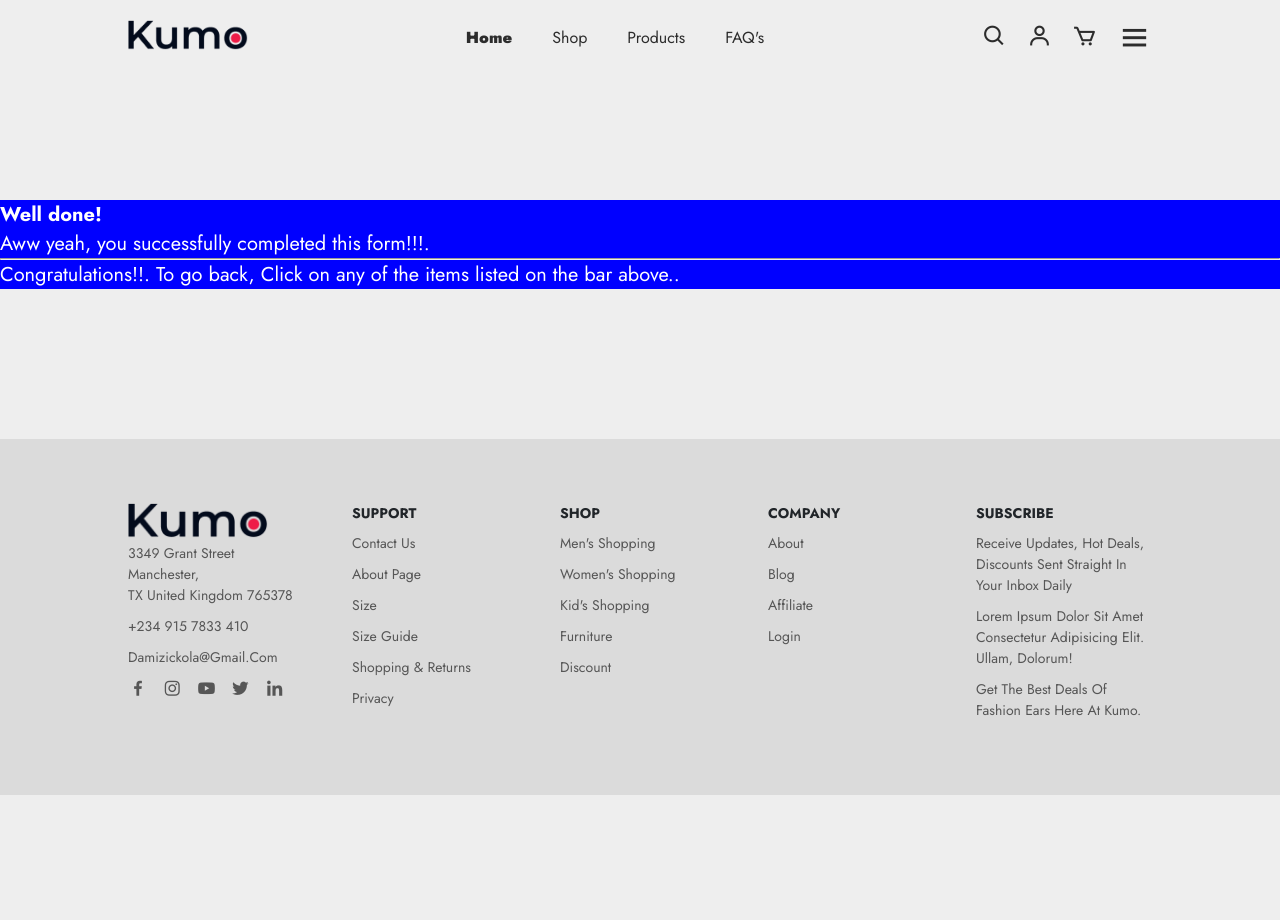
Repository: isaacCodes1/Kumo-Website.
Page: alert.html
These files come from the project's save history. The page is drawn as it stood at one moment and after a run of saves; the edit follows.
The browser window is 1280 px wide. The pictures show the whole page.

Above is the page before, as saved 2024-03-26 11:15:50.

### alert.html
<!DOCTYPE html>
<html lang="en">
  <head>
    <meta charset="UTF-8" />
    <meta name="viewport" content="width=device-width, initial-scale=1.0" />
    <link rel="stylesheet" href="style.css" />
    <link rel="preconnect" href="https://fonts.googleapis.com" />
    <link rel="preconnect" href="https://fonts.gstatic.com" crossorigin />
    <link
      href="https://fonts.googleapis.com/css2?family=Bricolage+Grotesque:opsz,wght@12..96,200..800&family=Jost:ital,wght@0,100..900;1,100..900&family=Montserrat:ital,wght@0,100..900;1,100..900&family=Poppins:ital,wght@0,100;0,200;0,300;0,400;0,500;0,600;0,700;0,800;0,900;1,100;1,200;1,300;1,400;1,500;1,600;1,700;1,800;1,900&display=swap"
      rel="stylesheet"
    />
    <link
      rel="stylesheet"
      href="https://cdnjs.cloudflare.com/ajax/libs/font-awesome/6.5.1/css/all.min.css"
      integrity="sha512-DTOQO9RWCH3ppGqcWaEA1BIZOC6xxalwEsw9c2QQeAIftl+Vegovlnee1c9QX4TctnWMn13TZye+giMm8e2LwA=="
      crossorigin="anonymous"
      referrerpolicy="no-referrer"
    />
    <link
      rel="stylesheet"
      href="https://unpkg.com/boxicons@latest/css/boxicons.min.css"
    />
    <link rel="stylesheet" href="Mediaquery.css" />
    <title>Document</title>
  </head>
  <body>
    <header>
      <a href="index.html" class="logo"><img src="Assets/logo.png" alt="" /></a>
      <ul class="navmenu">
        <li><a style="font-weight: 900" href="index.html">Home</a></li>
        <li><a href="shop.html">Shop</a></li>
        <li><a href="products.html">Products</a></li>
        <li><a href="Questions.html">FAQ's</a></li>
      </ul>
      <div class="nav-icon">
        <a href="#"><i class="bx bx-search"></i></a>
        <a href="#"><i class="bx bx-user"></i></a>
        <a href="#"><i class="bx bx-cart"></i></a>
        <div class="bx bx-menu" id="menu-icon"></div>
      </div>
    </header>
    <div class="alert alert-success" role="alert">
      <h4 class="alert-heading">Well done!</h4>
      <p>Aww yeah, you successfully completed this form!!!.</p>
      <hr />
      <p class="mb-0">
        Congratulations!!. To go back, Click on any of the items listed on the
        bar above..
      </p>
    </div>
    <!-- contact-section -->

    <section class="contact">
      <div class="contact-info" id="contact-info">
        <div class="first-info">
          <img src="/Assets/logo.png" alt="" />
          <p>3349 Grant street Manchester, <br />TX United kingdom 765378</p>
          <p>+234 915 7833 410</p>
          <a href="https://mail.google.com/mail/u/0/#inbox"
            ><p>damizickola@gmail.com</p></a
          >

          <div class="social-icon">
            <a href="https://www.facebook.com/profile.php?id=61551880766580"
              ><i class="bx bxl-facebook"></i
            ></a>
            <a href="https://instagram.com"><i class="bx bxl-instagram"></i></a>
            <a href="https://www.youtube.com/watch?v=FaNTVjATYHQ"
              ><i class="bx bxl-youtube"></i
            ></a>
            <a href="#"><i class="bx bxl-twitter"></i></a>
            <a href="#"><i class="bx bxl-linkedin"></i></a>
          </div>
        </div>
        <div class="second-info">
          <h4>Support</h4>
          <p>Contact Us</p>
          <p>About Page</p>
          <p>Size</p>
          <p>Size Guide</p>
          <p>Shopping & Returns</p>
          <p>Privacy</p>
        </div>

        <div class="third-info">
          <h4>Shop</h4>
          <p>Men's Shopping</p>
          <p>Women's Shopping</p>
          <p>Kid's Shopping</p>
          <p>Furniture</p>
          <p>Discount</p>
        </div>
        <div class="fourth-info">
          <h4>Company</h4>
          <p>About</p>
          <p>Blog</p>
          <p>Affiliate</p>
          <p>Login</p>
        </div>

        <div class="five">
          <h4>Subscribe</h4>
          <p>
            Receive Updates, Hot Deals, Discounts Sent Straight In your Inbox
            Daily
          </p>
          <p>
            Lorem ipsum dolor sit amet consectetur adipisicing elit. Ullam,
            dolorum!
          </p>
          <p>Get The Best Deals Of Fashion ears Here At Kumo.</p>
        </div>
      </div>
    </section>
  </body>
  <script
    src="https://cdn.jsdelivr.net/npm/@popperjs/core@2.11.6/dist/umd/popper.min.js"
    integrity="sha384-oBqDVmMz9ATKxIep9tiCxS/Z9fNfEXiDAYTujMAeBAsjFuCZSmKbSSUnQlmh/jp3"
    crossorigin="anonymous"
  ></script>
  <script
    src="https://cdn.jsdelivr.net/npm/bootstrap@5.2.3/dist/js/bootstrap.min.js"
    integrity="sha384-cuYeSxntonz0PPNlHhBs68uyIAVpIIOZZ5JqeqvYYIcEL727kskC66kF92t6Xl2V"
    crossorigin="anonymous"
  ></script>
</html>

### style.css
* {
  margin: 0;
  padding: 0;
  box-sizing: border-box;
  scroll-behavior: smooth;
  font-family: "Jost", sans-serif;
  list-style-type: none;
  text-decoration: none;
}
header {
  position: fixed;
  width: 100%;
  top: 0;
  right: 0;
  z-index: 1000;
  display: flex;
  align-items: center;
  justify-content: space-between;
  padding: 20px 10%;
}
.logo img {
  max-width: 120px;
  height: auto;
}
.navmenu {
  display: flex;
}
.navmenu li :hover {
  background: #000;
}
.navmenu a {
  color: #2c2c2c;
  font-size: 16px;
  text-transform: capitalize;
  padding: 10px 20px;
  font-weight: 400;
  transition: all 0.42s ease;
}
.navmenu a:hover {
  color: #ee1c47;
}
.nav-icon {
  display: flex;
  align-items: center;
}
.nav-icon i {
  margin-right: 20px;
  color: #2c2c2c;
  font-size: 25px;
  font-weight: 400;
  transition: all 0.42s ease;
}
.nav-icon i:hover {
  transform: scale(1.05);
  color: #ee1c47;
}
#menu-icon {
  font-size: 35px;
  color: #2c2c2c;
  z-index: 10001;
  cursor: pointer;
}
section {
  padding: 5% 10%;
}
.main-home {
  width: 100%;
  height: 100vh;
  background-image: url(Assets/banner-3.png);
  background-position: center;
  background-size: cover;
  display: grid;
  grid-template-columns: repeat(1, 1fr);
  align-items: center;
}
.main-text h5 {
  color: #ee1c47;
  font-size: 16px;

  text-transform: capitalize;
  font-weight: 500;
}
.main-text h1 {
  color: #000;
  font-size: 65px;
  text-transform: capitalize;
  line-height: 1.1;
  font-weight: 600;
  margin: 6px 0 10px;
}
.main-text p {
  color: #333c56;
  font-size: 20px;
  font-style: italic;
  margin-bottom: 20px;
}
.main-btn {
  display: inline-block;
  color: #111;
  font-size: 16px;
  font-weight: 500;
  text-transform: capitalize;
  border: 2px solid#111;
  padding: 12px 25px;
  transition: all 0.42s ease;
}
.main-btn:hover {
  background: #000;
  color: #fff;
}
.main-btn i {
  vertical-align: middle;
}
.down-arrow {
  position: absolute;
  top: 85%;
  right: 11%;
}
.down i {
  font-size: 30px;
  color: #2c2c2c;
  border: 2px solid #2c2c2c;
  border-radius: 50px;
  padding: 12px 12px;
}
.down i:hover {
  background: #2c2c2c;
  color: #fff;
  transition: all 0.42s ease;
}
header.sticky {
  background: #fff;
  padding: 20px 10%;
  box-shadow: 0px 0px 10px rgb(0 0 0 /10%);
}
/* trending-section-css */
.center-text h2 {
  color: #111;
  font-size: 28px;
  text-transform: capitalize;
  text-align: center;
  margin-bottom: 30px;
}
.center-text span {
  color: #ee1c47;
}
.products {
  display: grid;
  grid-template-columns: repeat(auto-fit, minmax(260px, auto));
  gap: 2rem;
}
.row {
  position: relative;
  transition: all 0.4s;
}
.row img {
  width: 100%;
  height: auto;
  transition: all 0.4s;
}
.row img:hover {
  transform: scale(0.9);
}
.product-text h5 {
  position: absolute;
  top: 13px;
  left: 13px;
  color: #fff;
  font-size: 12px;
  font-weight: 500;
  text-transform: capitalize;
  background: #27b737;
  padding: 3px 10px;
  border-radius: 2px;
}
.heart-icon {
  position: absolute;
  right: 0;
  font-size: 20px;
}
.heart-icon:hover {
  color: #ee1c47;
}
.ratting {
  color: #ff8c00;
  font-size: 18px;
}

.price h4 {
  color: #111;
  font-size: 16px;
  text-transform: capitalize;
  font-weight: 400;
}
.price p {
  color: #151515;
  font-size: 14px;
  font-weight: 600;
}
.client-reviews {
  background: #f3f4f6;
}
.reviews {
  text-align: center;
}
.reviews h3 {
  color: #111;
  font-size: 25px;
  text-transform: capitalize;
  text-align: center;
  font-weight: 700;
}
.reviews img {
  width: 100px;
  height: auto;
  border-radius: 80px;
  margin: 10px 0;
}
.reviews p {
  color: #707070;
  font-size: 16px;
  font-weight: 400;
  line-height: 25px;
  margin-bottom: 10px;
}
.reviews h2 {
  font-size: 22px;
  color: #000;
  font-weight: 400;
  text-transform: capitalize;
  margin-bottom: 2px;
}
/* update-section-css */
.up-center-text h2 {
  text-align: center;
  color: #111;
  font-size: 25px;
  text-transform: capitalize;
  font-weight: 700;
  margin-bottom: 30px;
}
.cart img {
  width: 350px;
  height: auto;
  border-radius: 5px;
}
.update-cart {
  display: grid;
  grid-template-columns: repeat(auto-fit, minmax(380px, auto));
  gap: 1px;
}
.cart h5 {
  color: #636872;
  font-size: 14px;
  text-transform: capitalize;
  font-weight: 500;
}
.cart h4 {
  color: #111;
  font-size: 18px;
  font-weight: 600;
}
.cart p {
  color: #707070;
  font-size: 15px;
  max-width: 380px;
  line-height: 25px;
  margin-bottom: 12px;
}
.cart h6 {
  color: #151515;
  font-size: 14px;
  font-weight: 500;
}
/* contact-section */
.contact {
  background: #dbdbdb;
}
.contact-info {
  display: grid;
  grid-template-columns: repeat(auto-fit, minmax(160px, auto));
  gap: 3rem;
}
.first-info img {
  width: 140px;
  height: auto;
}
.contact-info h4 {
  color: #212529;
  font-size: 14px;
  text-transform: uppercase;
  margin-bottom: 10px;
}
.contact-info p {
  color: #565656;
  font-size: 14px;
  font-weight: 400;
  text-transform: capitalize;
  line-height: 1.5;
  margin-bottom: 10px;
  cursor: pointer;
  transition: all 0.42s;
}
.contact-info p:hover {
  color: #ee1c47;
}
.social-icon i {
  color: #565656;
  margin-right: 10px;
  font-size: 20px;
  transition: all 0.42s;
}
.social-icon i:hover {
  transform: scale(1.3);
}
.end-text {
  text-align: center;
  background: #edfff1;
  padding: 20px;
}
.end-text p {
  color: #111;
  text-transform: capitalize;
}

.location {
  width: 80%;
  margin: auto;
  padding: 80px 0;
}
.location iframe {
  width: 100%;
}
.center-text1 h2 {
  font-size: 30px;
}
.center-text1 span {
  color: #ee1c47;
}
.button3 {
  padding: 9px;
  border: 1px solid blue;
  font-size: 18px;
  border-radius: 5px;
  text-decoration: none;
  background: blue;
  color: #fff;
  transition: all 0.42s ease;
}
.button3:hover {
  color: #000;
  background: #fff;
}
.final {
  margin-left: 67px;
  font-weight: 700;
}
.final span {
  color: #ee1c47;
}
.up-arrow {
  border: 2px solid#000;
  width: 60px;
  border-radius: 50px;
  text-align: center;
  font-size: 30px;
}
.up-arrow i {
  color: #000;
}
.up-arrow :hover {
  background: #000;
  color: #fff;
}

.alert {
  background: blue;
  color: #fff;
  margin-top: 200px;
  font-size: 20px;
  margin-bottom: 150px;
}
.first-info a {
  text-decoration: none;
}
.up-center-text span {
  color: #ee1c47;
}
html,
body {
  position: relative;
  height: 100%;
}
body {
  background: #eee;
  font-family: Helvetica Neue, Helvetica, Arial, sans-serif;
  font-size: 14px;
  color: #000;
  margin: 0;
  padding: 0;
}

swiper-container {
  width: 100%;
  height: 100%;
}

swiper-slide {
  text-align: center;
  font-size: 18px;
  background: #000;
  display: flex;
  justify-content: center;
  align-items: center;
}

swiper-slide img {
  display: block;
  width: 100%;
  height: 100%;
  object-fit: cover;
}
.reviews {
  font-size: 25px;
  font-weight: 900;
}
.reviews span {
  color: #ee1c47;
}
.accordion {
  margin-top: 40px;
  margin-bottom: 10px;
}
.male {
  padding-top: 200px;
}
.male span {
  color: #ee1c47;
}
.yes {
  margin-right: 10px;
  padding: 10px;
  background: #000;
  color: #fff;
  border: 1px;
  transition: 1s ease-in-out;
  border-radius: 7px;
}
.yes:hover {
  color: #000;
  background: #dbdbdb;
}

### Mediaquery.css
@media (890px) {
  header {
    padding: 20px 3%;
    transition: 0.4s;
  }
  .center-text h2 {
    font-size: 12px;
  }
}
@media (max-width: 630px) {
  .main-text h1 {
    font-size: 50px;
    transition: 0.4s;
  }
  .main-text p {
    font-size: 18px;
    transition: 0.4s;
  }
  .main-btn {
    padding: 10px 20px;
    transition: 0.4s;
  }
  .center-text h2 {
    font-size: 12px;
  }
}
@media (max-width: 750px) {
  .navmenu {
    position: absolute;
    top: 100%;
    right: -100%;
    width: 300px;
    height: 130vh;
    background: #edfff1;
    display: flex;
    flex-direction: column;
    align-items: center;
    padding: 120px 30px;
    transition: all 0.42s;
  }
  .navmenu a {
    display: block;
    margin: 18px 0;
  }
  .navmenu.open {
    right: 0;
  }
  .center-text h2 {
    font-size: 12px;
  }
}
@media (max-width: 700px) {
  .center-text h2 {
    font-size: 0;
  }
  .header {
    margin-bottom: 20px;
    color: #000;
  }
  .cart {
    align-items: center;
    display: flex;
    flex-direction: column;
  }
  .cart img {
    width: 270px;
    margin-right: 80px;
  }
  .cart p {
    font-size: 10px;
    margin-right: 80px;
  }
  .cart h4 {
    font-size: 12px;
    margin-right: 80px;
  }
  .cart h6 {
    font-size: 10px;
    margin-right: 80px;
  }
  .contact-info {
    display: flex;
    flex-direction: column;
    align-items: center;
  }
  .center-text1 h2 {
    font-size: 25px;
  }
  .navmenu {
    padding-bottom: 30px;
  }
}

After the next 2 saves:
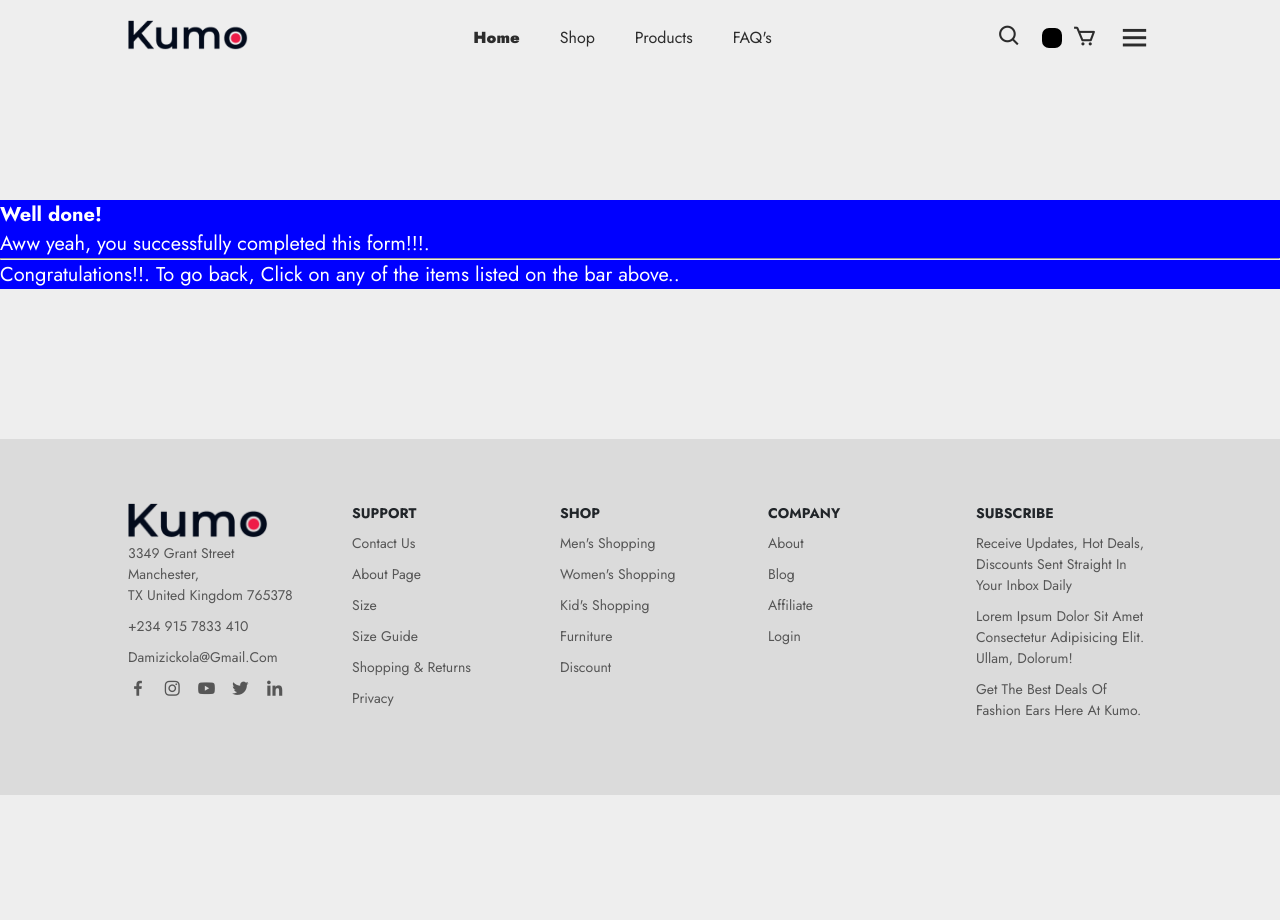
The 2 saves are shown as one change because they came seconds apart.
The last was saved 15 s later.
--- a/alert.html
+++ b/alert.html
@@ -35,7 +35,7 @@
       </ul>
       <div class="nav-icon">
         <a href="#"><i class="bx bx-search"></i></a>
-        <a href="#"><i class="bx bx-user"></i></a>
+        <button class="yes"></button>
         <a href="#"><i class="bx bx-cart"></i></a>
         <div class="bx bx-menu" id="menu-icon"></div>
       </div>
